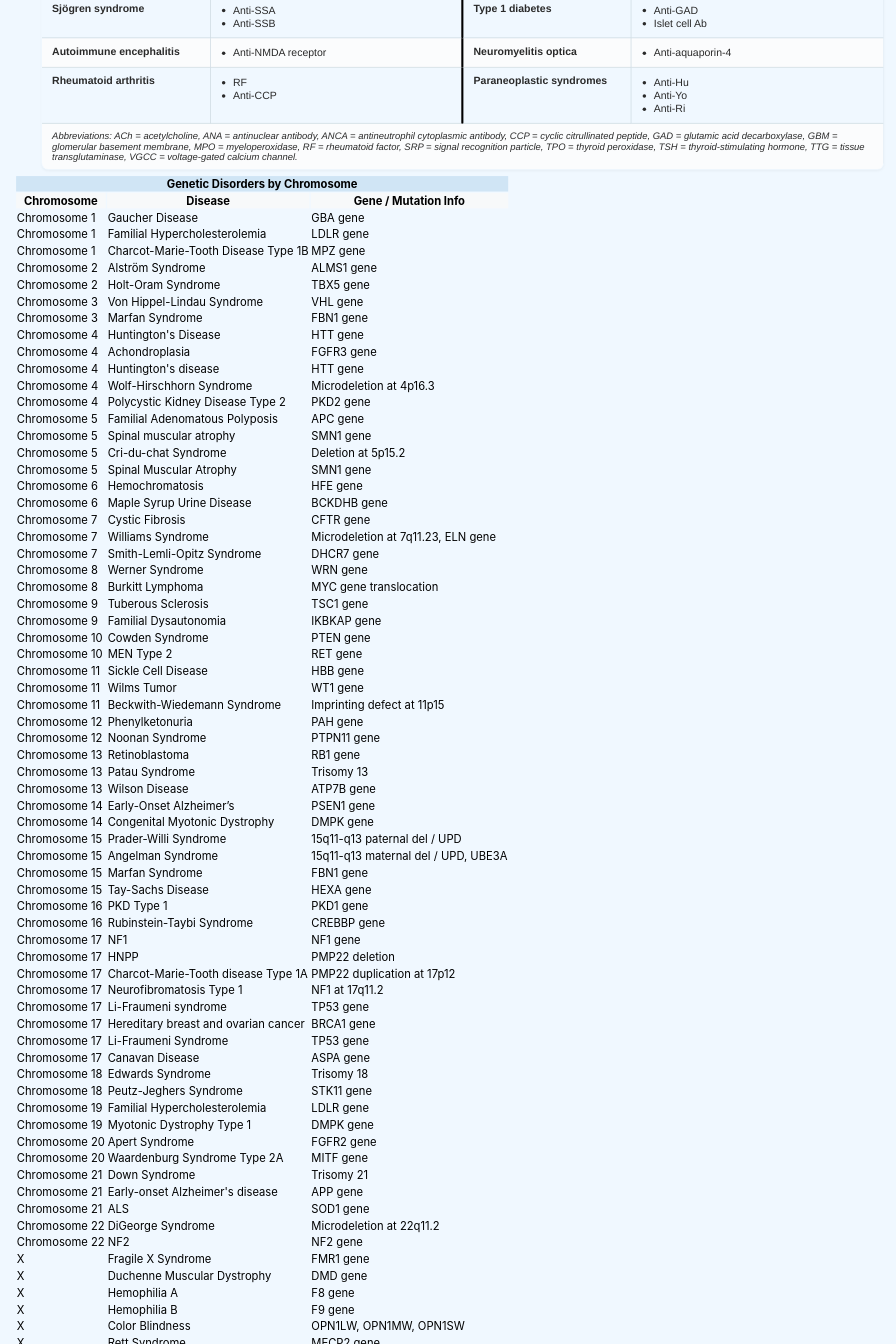
Repository: sharperdragon/STEVEL-1-Summaries
Page: subdex/chromosomes.html
The author's editor kept a copy of each file at every save. The page is drawn from the files as they stood at one save, then again after the next save.
The browser window is 1280 px wide. The pictures show the part of the page from y = 672 to 2592 px (the page is 5271 px tall before and 6511 px after), at 70% of full size.

Above is the page before, as saved 2025-05-19 13:03:11.

### subdex/chromosomes.html
<!DOCTYPE html>
<html lang="en">
<head>
    <meta charset="UTF-8">
    <meta name="viewport" content="width=device-width, initial-scale=1.0">
    <title>Summary tables</title>
    <link rel="stylesheet" href="/STEVEL-1-Summaries/static/style.css">
    <link rel="icon" href="/STEVEL-1-Summaries/subdex/metabolism.html">
</head>

<body>

<nav style="margin: 10px 0; text-align: center;">
  <a href="index.html" class="nav-link"> HOME </a>   |
    <a href="subdex/metabolism.html" class="nav-link">Metabolism Summary</a> |
  <a href="subdex/hemeonc.html" class="nav-link">Heme-Onc Table</a> |
  <a href="subdex/.html" class="nav-link">chromosomes</a> |
</nav>

<div class="table-responsive">
<table class="autoantibody-table" border="1" cellspacing="0" cellpadding="6" style="border-collapse: collapse; width: 100%;">
  <thead>
    <tr>
      <th colspan="4" style="background-color: #add8e6; text-align: center; font-size: 1.2em;">
        <strong>Disease-Associated Autoantibodies</strong>
      </th>
    </tr>
    <tr>
      <th style="background-color: #f0f8ff; text-align: center;">Condition</th>
      <th style="background-color: #f0f8ff; text-align: center; border-right: 3px solid black;">Autoantibody</th>
      <th style="background-color: #f0f8ff; text-align: center;">Condition</th>
      <th style="background-color: #f0f8ff; text-align: center;">Autoantibody</th>
    </tr>
  </thead>
  <tbody>
    <tr>
      <td><strong>Antiphospholipid syndrome</strong></td>
      <td style="border-right: 3px solid black;"><ul><li>Anti-β<sub>2</sub> glycoprotein</li></ul></td>
      <td><strong>Autoimmune hepatitis</strong></td>
      <td><ul><li>Anti-smooth muscle</li></ul></td>
    </tr>
    <tr>
      <td><strong>Bullous pemphigoid</strong></td>
      <td style="border-right: 3px solid black;"><ul><li>Antihemidesmosome</li></ul></td>
      <td><strong>Celiac disease</strong></td>
      <td><ul><li>IgA anti-endomysial</li><li>IgA anti-TTG</li></ul></td>
    </tr>
    <tr>
      <td><strong>Diffuse systemic sclerosis</strong></td>
      <td style="border-right: 3px solid black;"><ul><li>Anti-topoisomerase I</li></ul></td>
      <td><strong>Drug-induced lupus</strong></td>
      <td><ul><li>Antihistone</li></ul></td>
    </tr>
    <tr>
      <td><strong>Myasthenia gravis</strong></td>
      <td style="border-right: 3px solid black;"><ul><li>Anti-ACh receptor</li></ul></td>
      <td><strong>Goodpasture syndrome</strong></td>
      <td><ul><li>Anti-GBM</li></ul></td>
    </tr>
    <tr>
      <td><strong>Graves disease</strong></td>
      <td style="border-right: 3px solid black;"><ul><li>Anti-TSH receptor</li></ul></td>
      <td><strong>Hashimoto thyroiditis</strong></td>
      <td><ul><li>Antimicrosomal</li><li>Anti-TPO</li><li>Antithyroglobulin</li></ul></td>
    </tr>
    <tr>
      <td><strong>Lambert-Eaton syndrome</strong></td>
      <td style="border-right: 3px solid black;"><ul><li>Anti-VGCC</li></ul></td>
      <td><strong>Limited systemic sclerosis</strong></td>
      <td><ul><li>Anticentromere</li></ul></td>
    </tr>
    <tr>
      <td><strong>Microscopic polyangiitis</strong></td>
      <td style="border-right: 3px solid black;"><ul><li>p-ANCA</li><li>MPO-ANCA</li></ul></td>
      <td><strong>Mixed connective tissue disease</strong></td>
      <td><ul><li>Anti-U1 RNP</li></ul></td>
    </tr>
    <tr>
      <td><strong>SLE (screen)</strong></td>
      <td style="border-right: 3px solid black;"><ul><li>ANA</li></ul></td>
      <td><strong>Pemphigus vulgaris</strong></td>
      <td><ul><li>Antidesmoglein</li></ul></td>
    </tr>
    <tr>
      <td><strong>Pernicious anemia</strong></td>
      <td style="border-right: 3px solid black;"><ul><li>Anti-intrinsic factor</li></ul></td>
      <td><strong>Polymyositis / Dermatomyositis</strong></td>
      <td><ul><li>Anti-SRP</li><li>Antihelicase (Mi-2)</li></ul></td>
    </tr>
    <tr>
      <td><strong>Primary biliary cholangitis</strong></td>
      <td style="border-right: 3px solid black;"><ul><li>Antimitochondrial</li></ul></td>
      <td><strong>SLE</strong></td>
      <td><ul><li>Anticardiolipin</li></ul></td>
    </tr>
    <tr>
      <td><strong>Sjögren syndrome</strong></td>
      <td style="border-right: 3px solid black;"><ul><li>Anti-SSA</li><li>Anti-SSB</li></ul></td>
      <td><strong>Type 1 diabetes</strong></td>
      <td><ul><li>Anti-GAD</li><li>Islet cell Ab</li></ul></td>
    </tr>
    <tr>
      <td><strong>Autoimmune encephalitis</strong></td>
      <td style="border-right: 3px solid black;"><ul><li>Anti-NMDA receptor</li></ul></td>
      <td><strong>Neuromyelitis optica</strong></td>
      <td><ul><li>Anti-aquaporin-4</li></ul></td>
    </tr>
    <tr>
      <td><strong>Rheumatoid arthritis</strong></td>
      <td style="border-right: 3px solid black;"><ul><li>RF</li><li>Anti-CCP</li></ul></td>
      <td><strong>Paraneoplastic syndromes</strong></td>
      <td><ul><li>Anti-Hu</li><li>Anti-Yo</li><li>Anti-Ri</li></ul></td>
    </tr>
    <tr>
      <td colspan="4" style="font-size: 90%; padding-top: 10px;">
        <em>Abbreviations: ACh = acetylcholine, ANA = antinuclear antibody, ANCA = antineutrophil cytoplasmic antibody, CCP = cyclic citrullinated peptide, GAD = glutamic acid decarboxylase, GBM = glomerular basement membrane, MPO = myeloperoxidase, RF = rheumatoid factor, SRP = signal recognition particle, TPO = thyroid peroxidase, TSH = thyroid-stimulating hormone, TTG = tissue transglutaminase, VGCC = voltage-gated calcium channel.</em>
      </td>
    </tr>
  </tbody>
</table>
</div>

<div class="table-container">
  <table class="chromosome-table">
    <thead>
      <tr>
        <th colspan="3" style="text-align: center; background-color: #d0e5f5;">
          <strong>Genetic Disorders by Chromosome</strong>
        </th>
      </tr>
      <tr>
        <th style="background-color: #f7f9fa;">Chromosome</th>
        <th style="background-color: #f7f9fa;">Disease</th>
        <th style="background-color: #f7f9fa;">Gene / Mutation Info</th>
      </tr>
    </thead>
    <tbody>
      <tr><td>Chromosome 1</td><td>Gaucher Disease</td><td>GBA gene</td></tr>
      <tr><td>Chromosome 1</td><td>Familial Hypercholesterolemia</td><td>LDLR gene</td></tr>
    <tr style="border-bottom: 4px solid #6c8ca3;"><td>Chromosome 1</td><td>Charcot-Marie-Tooth Disease Type 1B</td><td>MPZ gene</td></tr>
      <tr><td>Chromosome 2</td><td>Alström Syndrome</td><td>ALMS1 gene</td></tr>
      <tr style="border-bottom: 4px solid #6c8ca3;"><td>Chromosome 2</td><td>Holt-Oram Syndrome</td><td>TBX5 gene</td></tr>
      <tr><td>Chromosome 3</td><td>Von Hippel-Lindau Syndrome</td><td>VHL gene</td></tr>
<tr style="border-bottom: 4px solid #6c8ca3;"><td>Chromosome 3</td><td>Marfan Syndrome</td><td>FBN1 gene</td></tr>
      <tr><td>Chromosome 4</td><td>Huntington's Disease</td><td>HTT gene</td></tr>
      <tr><td>Chromosome 4</td><td>Achondroplasia</td><td>FGFR3 gene</td></tr>
    <tr ><td>Chromosome 4</td><td>Huntington's disease</td><td>HTT gene</td></tr>
      <tr><td>Chromosome 4</td><td>Wolf-Hirschhorn Syndrome</td><td>Microdeletion at 4p16.3</td></tr>
<tr style="border-bottom: 4px solid #6c8ca3;"><td>Chromosome 4</td><td>Polycystic Kidney Disease Type 2</td><td>PKD2 gene</td></tr>
      <tr><td>Chromosome 5</td><td>Familial Adenomatous Polyposis</td><td>APC gene</td></tr>
      <tr><td>Chromosome 5</td><td>Spinal muscular atrophy</td><td>SMN1 gene</td></tr>
      <tr><td>Chromosome 5</td><td>Cri-du-chat Syndrome</td><td>Deletion at 5p15.2</td></tr>
<tr style="border-bottom: 4px solid #6c8ca3;"><td>Chromosome 5</td><td>Spinal Muscular Atrophy</td><td>SMN1 gene</td></tr>
      <tr><td>Chromosome 6</td><td>Hemochromatosis</td><td>HFE gene</td></tr>
<tr style="border-bottom: 4px solid #6c8ca3;"><td>Chromosome 6</td><td>Maple Syrup Urine Disease</td><td>BCKDHB gene</td></tr>
      <tr><td>Chromosome 7</td><td>Cystic Fibrosis</td><td>CFTR gene</td></tr>
      <tr><td>Chromosome 7</td><td>Williams Syndrome</td><td>Microdeletion at 7q11.23, ELN gene</td></tr>
<tr style="border-bottom: 4px solid #6c8ca3;"><td>Chromosome 7</td><td>Smith-Lemli-Opitz Syndrome</td><td>DHCR7 gene</td></tr>
      <tr><td>Chromosome 8</td><td>Werner Syndrome</td><td>WRN gene</td></tr>
<tr style="border-bottom: 4px solid #6c8ca3;"><td>Chromosome 8</td><td>Burkitt Lymphoma</td><td>MYC gene translocation</td></tr>
      <tr><td>Chromosome 9</td><td>Tuberous Sclerosis</td><td>TSC1 gene</td></tr>
<tr style="border-bottom: 4px solid #6c8ca3;"><td>Chromosome 9</td><td>Familial Dysautonomia</td><td>IKBKAP gene</td></tr>
      <tr><td>Chromosome 10</td><td>Cowden Syndrome</td><td>PTEN gene</td></tr>
<tr style="border-bottom: 4px solid #6c8ca3;"><td>Chromosome 10</td><td>MEN Type 2</td><td>RET gene</td></tr>
      <tr><td>Chromosome 11</td><td>Sickle Cell Disease</td><td>HBB gene</td></tr>
      <tr><td>Chromosome 11</td><td>Wilms Tumor</td><td>WT1 gene</td></tr>
<tr style="border-bottom: 4px solid #6c8ca3;"><td>Chromosome 11</td><td>Beckwith-Wiedemann Syndrome</td><td>Imprinting defect at 11p15</td></tr>
      <tr><td>Chromosome 12</td><td>Phenylketonuria</td><td>PAH gene</td></tr>
<tr style="border-bottom: 4px solid #6c8ca3;"><td>Chromosome 12</td><td>Noonan Syndrome</td><td>PTPN11 gene</td></tr>
      <tr><td>Chromosome 13</td><td>Retinoblastoma</td><td>RB1 gene</td></tr>
      <tr><td>Chromosome 13</td><td>Patau Syndrome</td><td>Trisomy 13</td></tr>
<tr style="border-bottom: 4px solid #6c8ca3;"><td>Chromosome 13</td><td>Wilson Disease</td><td>ATP7B gene</td></tr>
      <tr><td>Chromosome 14</td><td>Early-Onset Alzheimer’s</td><td>PSEN1 gene</td></tr>
      <tr><td>Chromosome 14</td><td>Congenital Myotonic Dystrophy</td><td>DMPK gene</td></tr>
<tr style="border-bottom: 4px solid #6c8ca3;"><td>Chromosome 15</td><td>Prader-Willi Syndrome</td><td>15q11-q13 paternal del / UPD</td></tr>
      <tr><td>Chromosome 15</td><td>Angelman Syndrome</td><td>15q11-q13 maternal del / UPD, UBE3A</td></tr>
      <tr><td>Chromosome 15</td><td>Marfan Syndrome</td><td>FBN1 gene</td></tr>
<tr style="border-bottom: 4px solid #6c8ca3;"><td>Chromosome 15</td><td>Tay-Sachs Disease</td><td>HEXA gene</td></tr>
      <tr><td>Chromosome 16</td><td>PKD Type 1</td><td>PKD1 gene</td></tr>
<tr style="border-bottom: 4px solid #6c8ca3;"><td>Chromosome 16</td><td>Rubinstein-Taybi Syndrome</td><td>CREBBP gene</td></tr>
      <tr><td>Chromosome 17</td><td>NF1</td><td>NF1 gene</td></tr>
      <tr><td>Chromosome 17</td><td>HNPP</td><td>PMP22 deletion</td></tr>
      <tr><td>Chromosome 17</td><td>Charcot-Marie-Tooth disease Type 1A</td><td>PMP22 duplication at 17p12</td></tr>
    <tr><td>Chromosome 17</td><td>Neurofibromatosis Type 1</td><td>NF1 at 17q11.2</td></tr>
    <tr><td>Chromosome 17</td><td>Li-Fraumeni syndrome</td><td>TP53 gene</td></tr>
    <tr><td>Chromosome 17</td><td>Hereditary breast and ovarian cancer</td><td>BRCA1 gene</td></tr>
      <tr><td>Chromosome 17</td><td>Li-Fraumeni Syndrome</td><td>TP53 gene</td></tr>
      <tr><td>Chromosome 17</td><td>Canavan Disease</td><td>ASPA gene</td></tr>
<tr style="border-bottom: 4px solid #6c8ca3;"><td>Chromosome 18</td><td>Edwards Syndrome</td><td>Trisomy 18</td></tr>
      <tr><td>Chromosome 18</td><td>Peutz-Jeghers Syndrome</td><td>STK11 gene</td></tr>
      <tr><td>Chromosome 19</td><td>Familial Hypercholesterolemia</td><td>LDLR gene</td></tr>
<tr style="border-bottom: 4px solid #6c8ca3;"><td>Chromosome 19</td><td>Myotonic Dystrophy Type 1</td><td>DMPK gene</td></tr>
      <tr><td>Chromosome 20</td><td>Apert Syndrome</td><td>FGFR2 gene</td></tr>
<tr style="border-bottom: 4px solid #6c8ca3;"><td>Chromosome 20</td><td>Waardenburg Syndrome Type 2A</td><td>MITF gene</td></tr>
      <tr><td>Chromosome 21</td><td>Down Syndrome</td><td>Trisomy 21</td></tr>
      <tr><td>Chromosome 21</td><td>Early-onset Alzheimer's disease</td><td>APP gene</td></tr>
<tr style="border-bottom: 4px solid #6c8ca3;"><td>Chromosome 21</td><td>ALS</td><td>SOD1 gene</td></tr>
      <tr><td>Chromosome 22</td><td>DiGeorge Syndrome</td><td>Microdeletion at 22q11.2</td></tr>
<tr style="border-bottom: 4px solid #6c9fa3;"><td>Chromosome 22</td><td>NF2</td><td>NF2 gene</td></tr>
      <tr><td>X</td><td>Fragile X Syndrome</td><td>FMR1 gene</td></tr>
      <tr><td>X</td><td>Duchenne Muscular Dystrophy</td><td>DMD gene</td></tr>
      <tr><td>X</td><td>Hemophilia A</td><td>F8 gene</td></tr>
      <tr><td>X</td><td>Hemophilia B</td><td>F9 gene</td></tr>
      <tr><td>X</td><td>Color Blindness</td><td>OPN1LW, OPN1MW, OPN1SW</td></tr>
      <tr><td>X</td><td>Rett Syndrome</td><td>MECP2 gene</td></tr>
      <tr><td>X</td><td>Turner Syndrome</td><td>Missing or partial X</td></tr>
      <tr><td>X</td><td>Fabry Disease</td><td>GLA gene</td></tr>
      <tr><td>X</td><td>OTC Deficiency</td><td>OTC gene</td></tr>
<tr style="border-bottom: 4px solid #6c8ca3;"><td>X</td><td>Adrenoleukodystrophy</td><td>ABCD1 gene</td></tr>
      <tr><td>Y</td><td>Male infertility</td><td>Various genes</td></tr>
<tr style="border-bottom: 4px solid #8cce6d;"><td>Y</td><td>Swyer Syndrome</td><td>SRY mutation or deletion</td></tr>
      <tr><td>Multiple</td><td>Klinefelter Syndrome</td><td>47,XXY</td></tr>
      <tr><td>Multiple</td><td>Triple X Syndrome</td><td>47,XXX</td></tr>
      <tr><td>Multiple</td><td>XYY Syndrome</td><td>47,XYY</td></tr>
      <tr><td>Multiple</td><td>Jacobsen Syndrome</td><td>Partial deletion of 11q</td></tr>
      <tr><td>Multiple</td><td>Acute Promyelocytic Leukemia</td><td>PML-RARA (t15;17)</td></tr>
      <tr><td>Multiple</td><td>Chronic Myeloid Leukemia</td><td>BCR-ABL (t9;22, Ph+)</td></tr>
      <tr><td>Multiple</td><td>Ehlers-Danlos Syndrome</td><td>COL5A1, COL5A2, COL3A1</td></tr>
      <tr><td>Multiple</td><td>Osteogenesis Imperfecta</td><td>COL1A1, COL1A2</td></tr>
      <tr><td>Multiple</td><td>CAH</td><td>CYP21A2 (chr6)</td></tr>
      <tr><td>Multiple</td><td>Albinism</td><td>TYR, OCA2, TYRP1</td></tr>
    </tbody>
  </table>
</div>

<div class="table-container">
  <table class="autoantibody-table">
    <thead>
      <tr>
        <th colspan="6" style="text-align: center; background-color: #d0e5f5;">
          <strong>Heme-Onc Gene Mutations Summary</strong>
        </th>
      </tr>
      <tr>
        <th style="background-color: #f7f9fa;">Disease</th>
        <th style="background-color: #f7f9fa;">Gene / Mutation</th>
        <th style="background-color: #f7f9fa;">Cytogenetics</th>
        <th style="background-color: #f7f9fa;">Mechanism</th>
        <th style="background-color: #f7f9fa;">Category</th>
        <th style="background-color: #f7f9fa;">Lineage</th>
      </tr>
    </thead>
    <tbody>
<tr><td>Chronic Myeloid Leukemia (CML)</td><td>BCR-ABL fusion</td><td>t(9;22), Philadelphia chromosome</td><td>Oncogene activation</td><td>Oncogene</td><td>Myeloid</td></tr>
<tr><td>Acute Promyelocytic Leukemia (APL)</td><td>PML-RARA fusion</td><td>t(15;17)</td><td>Oncogene activation</td><td>Oncogene</td><td>Myeloid</td></tr>
<tr><td>Burkitt Lymphoma</td><td>MYC translocation</td><td>t(8;14)</td><td>Oncogene activation</td><td>Oncogene</td><td>Lymphoid</td></tr>
<tr><td>Mantle Cell Lymphoma</td><td>Cyclin D1 (CCND1) translocation</td><td>t(11;14)</td><td>Oncogene activation</td><td>Oncogene</td><td>Lymphoid</td></tr>
<tr><td>Follicular Lymphoma</td><td>BCL2 translocation</td><td>t(14;18)</td><td>Apoptosis inhibition</td><td>Non-Oncogenic</td><td>Lymphoid</td></tr>
<tr><td>Diffuse Large B-Cell Lymphoma</td><td>BCL6 mutations</td><td>various</td><td>Oncogene activation</td><td>Oncogene</td><td>Lymphoid</td></tr>
<tr><td>Hairy Cell Leukemia</td><td>BRAF V600E mutation</td><td>point mutation</td><td>MAPK pathway activation</td><td>Non-Oncogenic</td><td>Other</td></tr>
<tr><td>Acute Lymphoblastic Leukemia (ALL)</td><td>TEL-AML1, BCR-ABL</td><td>various</td><td>Fusion oncogenes</td><td>Oncogene</td><td>Lymphoid</td></tr>
<tr><td>T-ALL</td><td>NOTCH1 gain-of-function</td><td>point mutation</td><td>T-cell proliferation</td><td>Non-Oncogenic</td><td>Lymphoid</td></tr>
<tr><td>Chronic Lymphocytic Leukemia (CLL)</td><td>Deletion 13q14</td><td>del(13q)</td><td>Tumor suppressor loss</td><td>Tumor Suppressor</td><td>Lymphoid</td></tr>
<tr><td>Multiple Myeloma</td><td>Deletion 17p (TP53)</td><td>del(17p)</td><td>Tumor suppressor loss</td><td>Tumor Suppressor</td><td>Other</td></tr>
<tr><td>Myelodysplastic Syndromes (MDS)</td><td>Deletion 5q</td><td>del(5q)</td><td>Tumor suppressor loss</td><td>Tumor Suppressor</td><td>Myeloid</td></tr>
<tr><td>Polycythemia Vera</td><td>JAK2 V617F</td><td>point mutation</td><td>Tyrosine kinase activation</td><td>Non-Oncogenic</td><td>Myeloid</td></tr>
<tr><td>Essential Thrombocythemia</td><td>JAK2, CALR, MPL</td><td>point mutations</td><td>Signal transduction</td><td>Non-Oncogenic</td><td>Myeloid</td></tr>
<tr><td>Primary Myelofibrosis</td><td>JAK2, CALR, MPL</td><td>point mutations</td><td>Signal transduction</td><td>Non-Oncogenic</td><td>Myeloid</td></tr>
<tr><td>Hemochromatosis</td><td>HFE mutation</td><td>Chromosome 6p21.3</td><td>Iron overload disorder (non-oncogenic)</td><td>Non-Oncogenic</td><td>Other</td></tr>
<tr><td>Sickle Cell Disease</td><td>HBB gene mutation (Glu6Val)</td><td>Chromosome 11p15.5</td><td>Structural hemoglobinopathy</td><td>Non-Oncogenic</td><td>Other</td></tr>
<tr><td>Thalassemia (alpha)</td><td>HBA1, HBA2 deletions</td><td>Chromosome 16</td><td>Reduced alpha-globin synthesis</td><td>Non-Oncogenic</td><td>Other</td></tr>
<tr><td>Thalassemia (beta)</td><td>HBB point mutations</td><td>Chromosome 11</td><td>Reduced beta-globin synthesis</td><td>Non-Oncogenic</td><td>Other</td></tr>
<tr><td>G6PD Deficiency</td><td>G6PD mutation</td><td>Xq28</td><td>Enzymopathy – hemolytic anemia</td><td>Non-Oncogenic</td><td>Other</td></tr>
<tr><td>Hereditary Spherocytosis</td><td>ANK1, SPTB, SPTA1, EPB42</td><td>Various</td><td>Membrane defect (non-oncogenic)</td><td>Non-Oncogenic</td><td>Other</td></tr>
<tr><td>Fanconi Anemia</td><td>FANC genes</td><td>Various</td><td>DNA repair defect – pancytopenia, ↑ cancer risk</td><td>Non-Oncogenic</td><td>Other</td></tr>
<tr><td>Paroxysmal Nocturnal Hemoglobinuria</td><td>PIGA mutation</td><td>X chromosome</td><td>Complement regulation defect</td><td>Non-Oncogenic</td><td>Other</td></tr>
    </tbody>
  </table>
</div>
<div class="table-responsive">
  <table border="2" frame="box" rules="all" cellspacing="1" cellpadding="5" style="width:100%; font-family:Arial, sans-serif; font-size:14px;">
    <thead>
      <tr>
        <th colspan="3" style="background-color:#d0e5f5; text-align:center;"><strong>Protein Mutations with Disease Associations</strong></th>
      </tr>
      <tr style="background-color:#f0f8ff;">
        <th>Gene / Protein</th>
        <th>Condition</th>
        <th>Pathophysiology</th>
      </tr>
    </thead>
    <tbody>
      <tr><td>HMGB1</td><td>BPTAS</td><td>Frameshift; disrupts nucleolar phase separation via arginine-rich tails</td></tr>
      <tr><td>SERPINA1</td><td>Alpha-1 Antitrypsin Deficiency</td><td>Loss of protease inhibition → lung & liver damage</td></tr>
      <tr><td>ATM</td><td>Ataxia-Telangiectasia</td><td>Defective DNA repair → neurodegeneration, malignancy</td></tr>
      <tr><td>PEX genes</td><td>Zellweger Spectrum</td><td>Peroxisomal biogenesis defects</td></tr>
      <tr><td>HGD</td><td>Alkaptonuria</td><td>Homogentisate oxidase deficiency → ochronosis</td></tr>
      <tr><td>BTD</td><td>Biotinidase Deficiency</td><td>Impaired biotin recycling → metabolic acidosis</td></tr>
      <tr><td>GALT</td><td>Classic Galactosemia</td><td>Galactose-1-P uridylyltransferase deficiency</td></tr>
      <tr><td>PHKA2</td><td>GSD Type IXa</td><td>Phosphorylase kinase deficiency</td></tr>
      <tr><td>PYGL</td><td>GSD Type VI</td><td>Liver glycogen phosphorylase deficiency</td></tr>
      <tr><td>G6PC</td><td>GSD Type Ia (von Gierke)</td><td>Glucose-6-phosphatase deficiency</td></tr>
      <tr><td>MLH1 / MSH6 / PMS2</td><td>Lynch Syndrome</td><td>Mismatch repair deficiency → colon/endometrial cancer</td></tr>
    </tbody>

    <thead>
      <tr>
        <th colspan="3" style="background-color:#d0e5f5; text-align:center;"><strong>Lysosomal Storage Disorders</strong></th>
      </tr>
      <tr style="background-color:#f0f8ff;">
        <th>Deficient Enzyme</th>
        <th>Disease</th>
        <th>Description</th>
      </tr>
    </thead>
    <tbody>
      <tr><td>IDUA</td><td>MPS I (Hurler)</td><td>α-L-iduronidase deficiency</td></tr>
      <tr><td>IDS</td><td>MPS II (Hunter)</td><td>Iduronate sulfatase deficiency</td></tr>
      <tr><td>Heparan Sulfamidase</td><td>MPS III (Sanfilippo)</td><td>Heparan sulfate degradation defect</td></tr>
      <tr><td>GALNS</td><td>MPS IV (Morquio)</td><td>N-acetylgalactosamine-6-sulfatase deficiency</td></tr>
      <tr><td>ARSB</td><td>MPS VI (Maroteaux-Lamy)</td><td>Arylsulfatase B deficiency</td></tr>
      <tr><td>GUSB</td><td>MPS VII (Sly)</td><td>β-glucuronidase deficiency</td></tr>
      <tr><td>SMPD1</td><td>Niemann-Pick A/B</td><td>Acid sphingomyelinase deficiency</td></tr>
      <tr><td>GALC</td><td>Krabbe Disease</td><td>Galactocerebrosidase deficiency</td></tr>
      <tr><td>ARSA</td><td>Metachromatic Leukodystrophy</td><td>Arylsulfatase A deficiency</td></tr>
      <tr><td>GLB1</td><td>GM1 Gangliosidosis</td><td>β-galactosidase deficiency</td></tr>
      <tr><td>HYAL1</td><td>MPS IX</td><td>Hyaluronidase deficiency</td></tr>
    </tbody>

    <thead>
      <tr>
        <th colspan="3" style="background-color:#d0e5f5; text-align:center;"><strong>Other Enzyme Deficiencies</strong></th>
      </tr>
      <tr style="background-color:#f0f8ff;">
        <th>Enzyme</th>
        <th>Disorder</th>
        <th>Description</th>
      </tr>
    </thead>
    <tbody>
      <tr><td>NAGS</td><td>NAGS Deficiency</td><td>Hyperammonemia due to loss of urea cycle activation</td></tr>
      <tr><td>ASS1</td><td>Citrullinemia Type I</td><td>Argininosuccinate synthetase deficiency</td></tr>
      <tr><td>PCCA / PCCB</td><td>Propionic Acidemia</td><td>Propionyl-CoA carboxylase deficiency</td></tr>
      <tr><td>MUT</td><td>Methylmalonic Acidemia</td><td>Methylmalonyl-CoA mutase deficiency</td></tr>
      <tr><td>IVD</td><td>Isovaleric Acidemia</td><td>Isovaleryl-CoA dehydrogenase deficiency</td></tr>
    </tbody>
  </table>
</div>

<nav style="margin: 10px 0; text-align: center;">
  <a href="index.html" class="nav-link"> HOME </a>   |
    <a href="subdex/metabolism.html" class="nav-link">Metabolism Summary</a> |
  <a href="subdex/hemeonc.html" class="nav-link">Heme-Onc Table</a> |
  <a href="subdex/.html" class="nav-link">chromosomes</a> |
</nav>
</body>

Loaded but not shown: static/style.css (452 lines, source omitted)

After the next save:
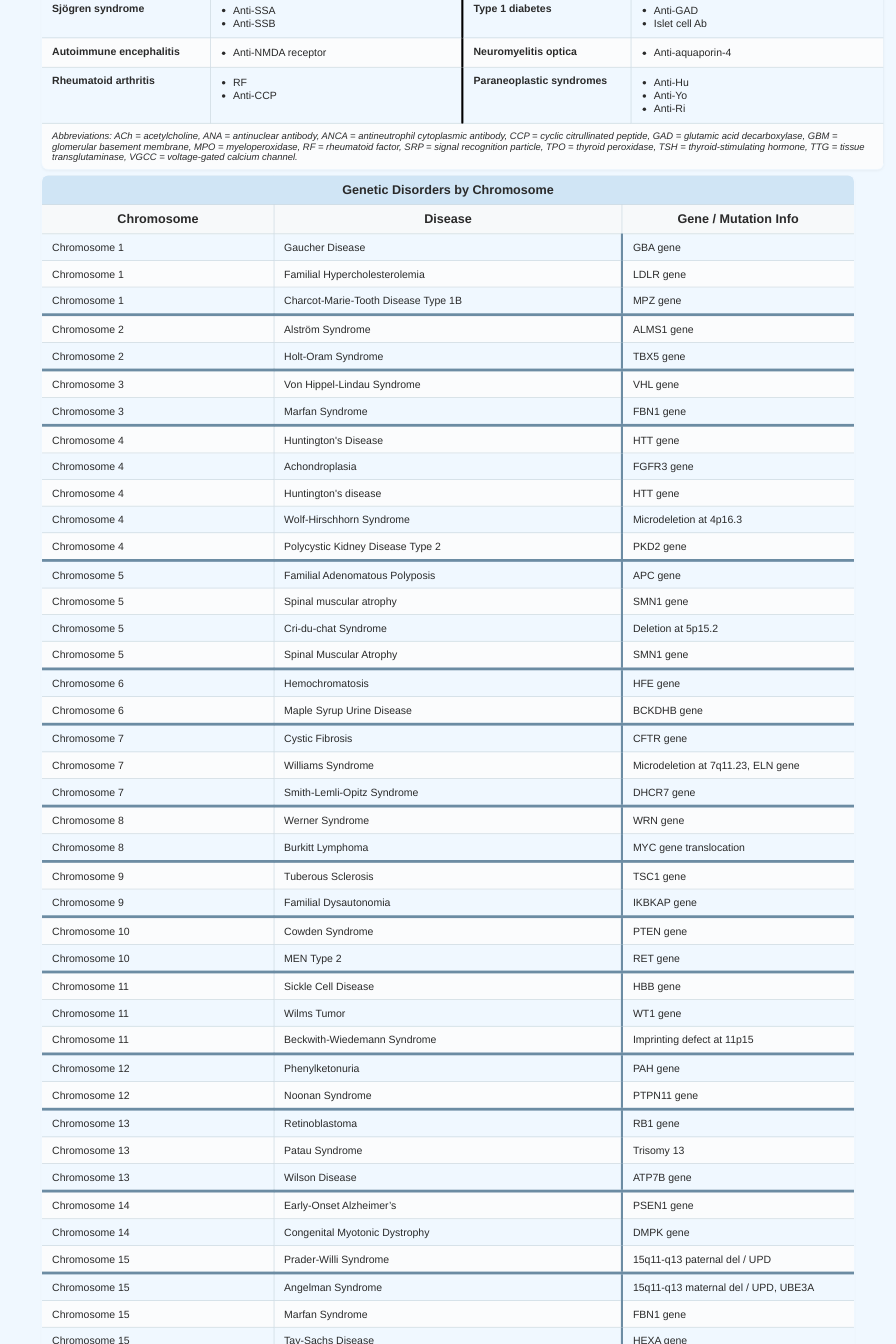
Saved 6 s later.
--- a/subdex/chromosomes.html
+++ b/subdex/chromosomes.html
@@ -10,11 +10,11 @@
 
 <body>
 
-<nav style="margin: 10px 0; text-align: center;">
+  <nav style="margin: 10px 0; text-align: center;">
   <a href="index.html" class="nav-link"> HOME </a>   |
     <a href="subdex/metabolism.html" class="nav-link">Metabolism Summary</a> |
   <a href="subdex/hemeonc.html" class="nav-link">Heme-Onc Table</a> |
-  <a href="subdex/.html" class="nav-link">chromosomes</a> |
+  <a href="subdex/chromosomes.html" class="nav-link">chromosomes</a> |
 </nav>
 
 <div class="table-responsive">
@@ -121,7 +121,7 @@
 </div>
 
 <div class="table-container">
-  <table class="chromosome-table">
+  <table class="autoantibody-table">
     <thead>
       <tr>
         <th colspan="3" style="text-align: center; background-color: #d0e5f5;">
@@ -337,10 +337,5 @@
   </table>
 </div>
 
-<nav style="margin: 10px 0; text-align: center;">
-  <a href="index.html" class="nav-link"> HOME </a>   |
-    <a href="subdex/metabolism.html" class="nav-link">Metabolism Summary</a> |
-  <a href="subdex/hemeonc.html" class="nav-link">Heme-Onc Table</a> |
-  <a href="subdex/.html" class="nav-link">chromosomes</a> |
-</nav>
+
 </body>
